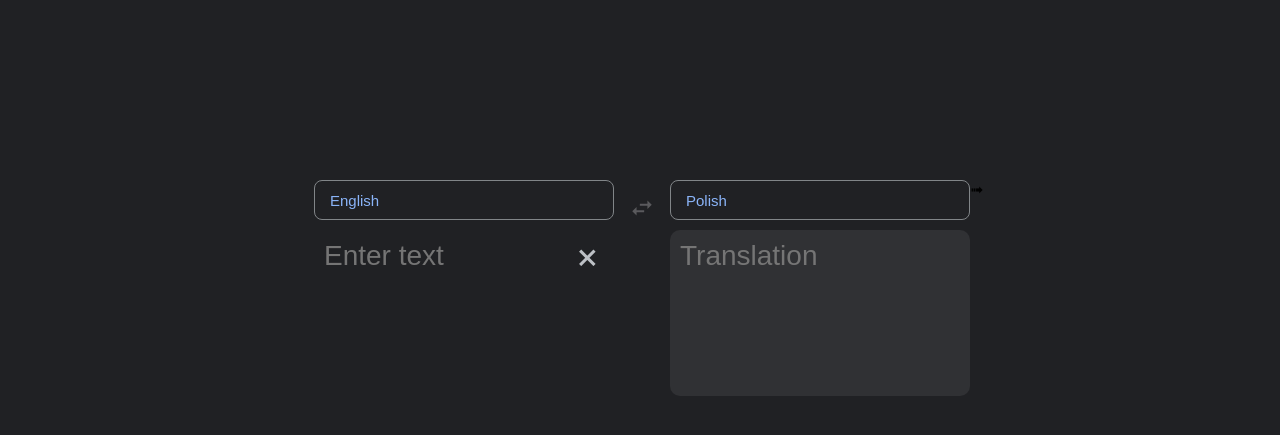
Repository: ShamroOoz/R-varspr-ket-Translator
Page: /
The author's editor kept a copy of each file at every save. The page is drawn from the files as they stood at one save, then again after the next save.
The browser window is 1280 px wide. The pictures show the whole page.
The project was rebuilt for these pictures with package versions that can differ from the ones it lists, and the page was loaded fresh each time.

Above is the page before, as saved 2022-05-17 21:09:41.

After the next save:
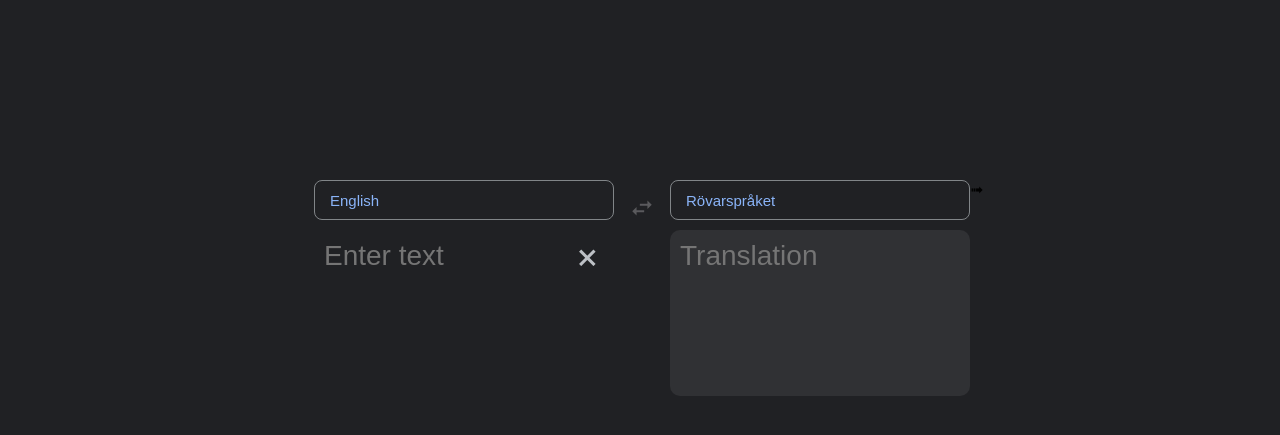
Saved 3 min 0 s later.
--- a/src/App.js
+++ b/src/App.js
@@ -6,7 +6,7 @@ import Button from "./components/Button";
 
 function App() {
   const [inputLanguage, setInputLanguage] = useState("English");
-  const [outputLanguage, setOutputLanguage] = useState("Polish");
+  const [outputLanguage, setOutputLanguage] = useState("Rövarspråket");
   const [textToTranslate, setTextToTranslate] = useState("");
   const [translatedText, setTranslatedText] = useState("");
 
